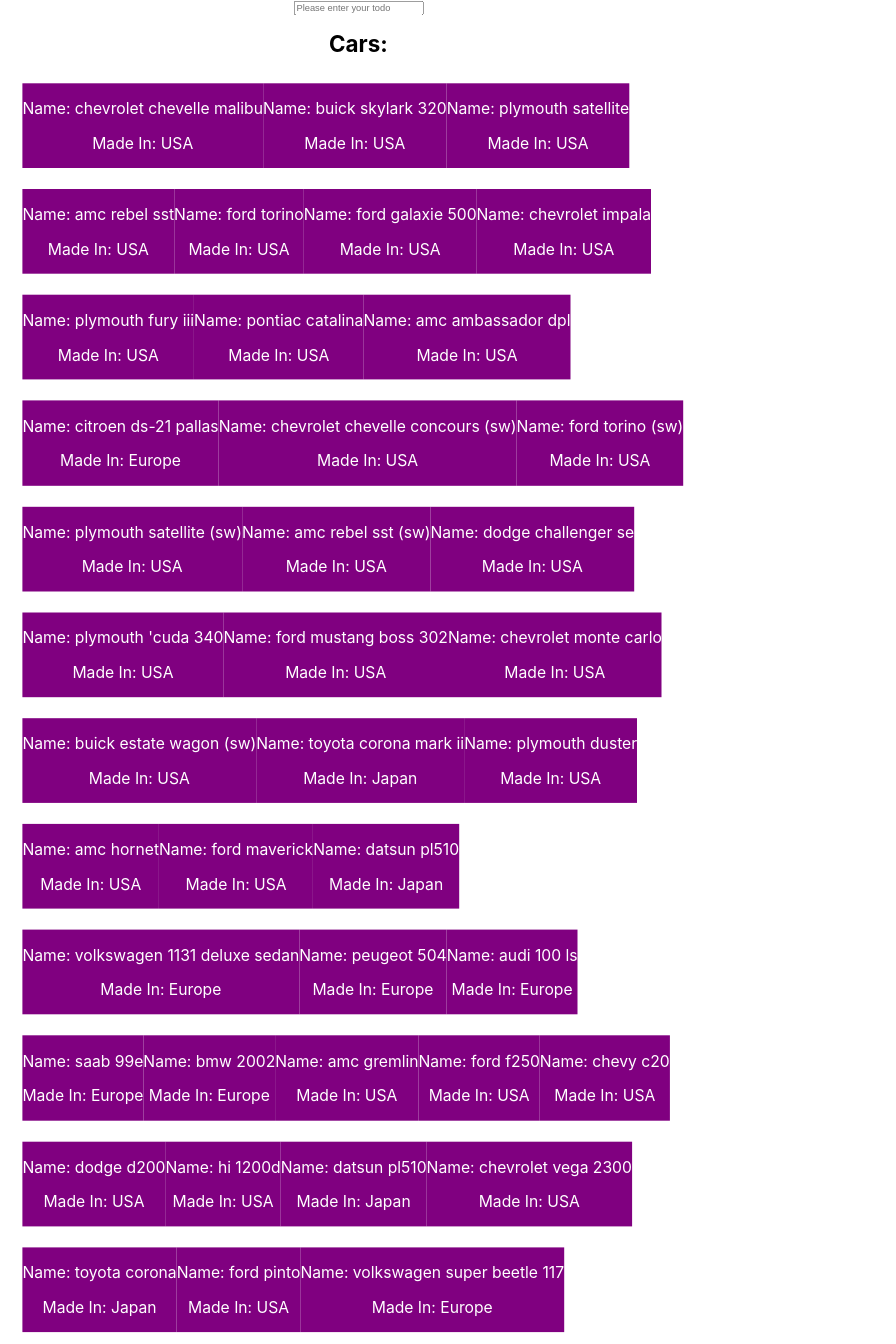
Repository: vhoreho/react
Page: / (app in myapp/)
These files come from the project's save history. The page is drawn as it stood at one moment and after the next save; the edit follows.
The browser window is 1280 px wide. The pictures show the part of the page from y = 0 to 1920 px (the page is 19152 px tall before and 23021 px after), at 70% of full size.
The project was rebuilt for these pictures with package versions that can differ from the ones it lists, and the page was loaded fresh each time.

Above is the page before, as saved 2022-08-08 20:51:21.

### myapp/src/App.js
import './App.css';
import Input from './components/Input';
import Cars from './components/Cars';

function App() {
  return (
    <div className="App">
      <Input />
      <Cars />
    </div>
  );
}

export default App;

### myapp/src/App.css
.App {
  text-align: center;
  max-width: 960px;
  margin-inline: 2rem;
}

.App-logo {
  height: 40vmin;
  pointer-events: none;
}

@media (prefers-reduced-motion: no-preference) {
  .App-logo {
    animation: App-logo-spin infinite 20s linear;
  }
}

.App-header {
  background-color: #282c34;
  min-height: 100vh;
  display: flex;
  flex-direction: column;
  align-items: center;
  justify-content: center;
  font-size: calc(10px + 2vmin);
  color: white;
}

.App-link {
  color: #61dafb;
}

@keyframes App-logo-spin {
  from {
    transform: rotate(0deg);
  }

  to {
    transform: rotate(360deg);
  }
}

### myapp/src/components/Input.js
import React from 'react'

export default function Input() {
  return (
    <input placeholder='Please enter your todo' />
  )
}

### myapp/src/components/Cars.js
import React from 'react';
import {cars} from '../data';
import Car from './Car';

export default function Cars() {
  return (
    <div>
        <h1>Cars:</h1>
        <ul style={{
          listStyle: 'none',
          padding: 0,
          margin: 0,
          color: 'white',
          fontSize: '1.4rem',
          display: 'flex',
          flexWrap: 'wrap'
        }}>
            {cars.map((item, index) => <Car key={index} {...item} />)}
        </ul>
    </div>
  )
}

### myapp/src/components/Car.js
import React from 'react'

export default function Car(props) {
  return (
    <li style={{
      margin: '15px 0',
      background: 'purple'
    }}>
      <p>Name: {props.Name}</p>
      <p>Made In: {props.Origin}</p>
    </li>
  )
}

Loaded but not shown: myapp/public/index.html (common file); myapp/src/index.js (common file); myapp/src/index.css (common file); myapp/src/data/index.js (4468 lines, source omitted)

After the next save:
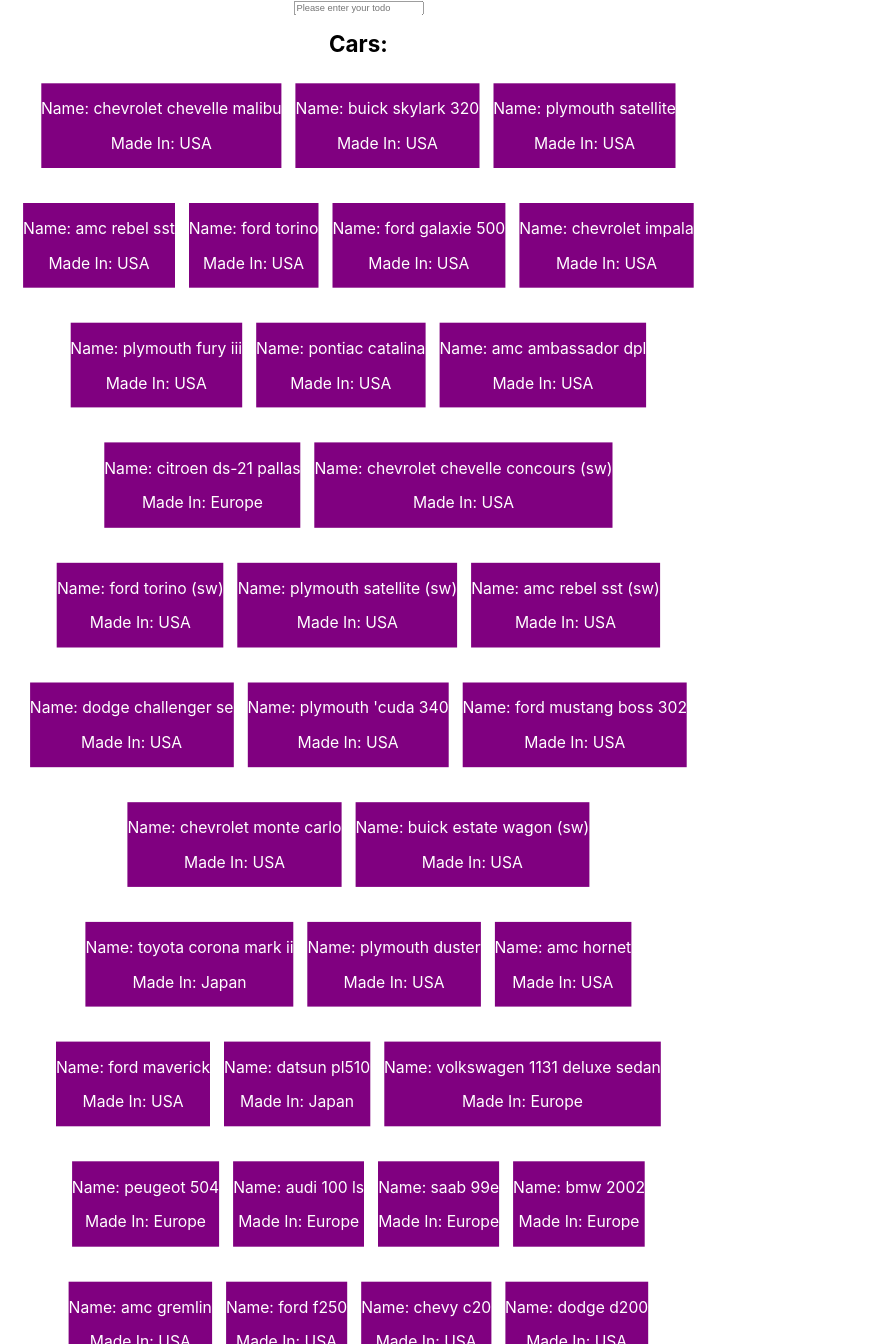
Saved 27 s later.
--- a/myapp/src/components/Cars.js
+++ b/myapp/src/components/Cars.js
@@ -13,7 +13,9 @@
           color: 'white',
           fontSize: '1.4rem',
           display: 'flex',
-          flexWrap: 'wrap'
+          flexWrap: 'wrap',
+          justifyContent: 'center',
+          gap: '20px'
         }}>
             {cars.map((item, index) => <Car key={index} {...item} />)}
         </ul>
